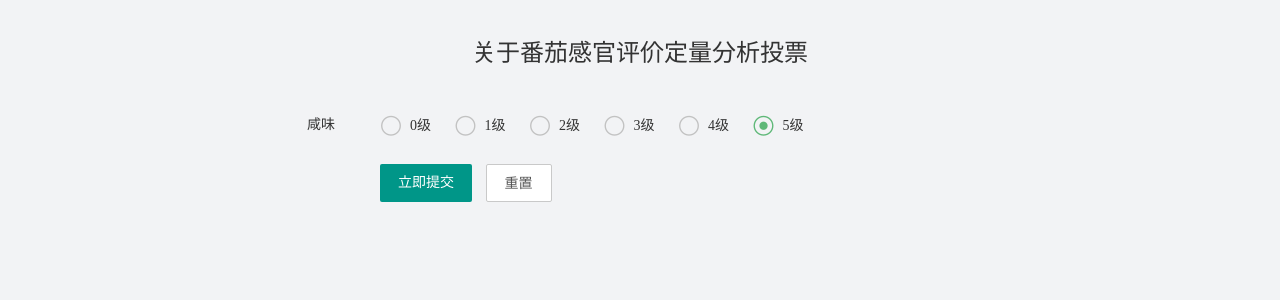
Repository: R1Deemo/vote_system
Page: web/home/toupiao.html
The author's editor kept a copy of each file at every save. The page is drawn from the files as they stood at one save, then again after the next save.
The browser window is 1280 px wide. The pictures show the whole page.

Above is the page before, as saved 2022-11-07 10:34:01.

### web/home/toupiao.html
<!DOCTYPE html>
<html>

<head>
    <meta charset="UTF-8">
    <meta name="viewport" content="width=device-width, initial-scale=1.0">
    <meta http-equiv="X-UA-Compatible" content="ie=edge">
    <title>图表统计</title>
    <link rel="stylesheet" href="/web/assets/lib/layui/css/layui.css">
    <link rel="stylesheet" href="../../web/assets/lib/bootstrap.css" />
    <link rel="stylesheet" href="../../web/assets/lib/main.css" />
    <script src="../../web/assets/lib/jquery.js"></script>
    <script type="text/javascript" src="../../web/assets/lib/echarts.min.js"></script>
    <style>
        #title {
            text-align: center;
        }

        #tou {
            padding-top: 30px;
            margin-left: 230px;
        }
    </style>
</head>
<!-- 这里使用了一张背景，注释掉了。
<body style="background-image:url(body.jpeg); background-size:100%; background-repeat: no-repeat;">
 -->

<body>
    <div id="main" style="margin:40px ;">
        <div id="title">
            <h3>关于番茄感官评价定量分析投票</h3>
        </div>
        <div id="tou">
            <form class="layui-form" action="">
                <div class="layui-form-item">
                    <label class="layui-form-label">咸味</label>
                    <div class="layui-input-block">
                        <input type="radio" name="sex" value="男" title="0级">
                        <input type="radio" name="sex" value="男" title="1级">
                        <input type="radio" name="sex" value="男" title="2级">
                        <input type="radio" name="sex" value="男" title="3级">
                        <input type="radio" name="sex" value="男" title="4级">
                        <input type="radio" name="sex" value="女" title="5级" checked>
                    </div>
                </div>
                <!-- <div class="layui-form-item">
                    <label class="layui-form-label">番茄味</label>
                    <div class="layui-input-block">
                        <input type="radio" name="sex" value="男" title="0级">
                        <input type="radio" name="sex" value="男" title="1级">
                        <input type="radio" name="sex" value="男" title="2级">
                        <input type="radio" name="sex" value="男" title="3级">
                        <input type="radio" name="sex" value="男" title="4级">
                        <input type="radio" name="sex" value="女" title="5级" checked>
                    </div>
                </div>
                <div class="layui-form-item">
                    <label class="layui-form-label">淀粉味</label>
                    <div class="layui-input-block">
                        <input type="radio" name="sex" value="男" title="0级">
                        <input type="radio" name="sex" value="男" title="1级">
                        <input type="radio" name="sex" value="男" title="2级">
                        <input type="radio" name="sex" value="男" title="3级">
                        <input type="radio" name="sex" value="男" title="4级">
                        <input type="radio" name="sex" value="女" title="5级" checked>
                    </div>
                </div>
                <div class="layui-form-item">
                    <label class="layui-form-label">脆度</label>
                    <div class="layui-input-block">
                        <input type="radio" name="sex" value="男" title="0级">
                        <input type="radio" name="sex" value="男" title="1级">
                        <input type="radio" name="sex" value="男" title="2级">
                        <input type="radio" name="sex" value="男" title="3级">
                        <input type="radio" name="sex" value="男" title="4级">
                        <input type="radio" name="sex" value="女" title="5级" checked>
                    </div>
                </div>
                <div class="layui-form-item">
                    <label class="layui-form-label">甜味</label>
                    <div class="layui-input-block">
                        <input type="radio" name="sex" value="男" title="0级">
                        <input type="radio" name="sex" value="男" title="1级">
                        <input type="radio" name="sex" value="男" title="2级">
                        <input type="radio" name="sex" value="男" title="3级">
                        <input type="radio" name="sex" value="男" title="4级">
                        <input type="radio" name="sex" value="女" title="5级" checked>
                    </div>
                </div> -->


                <div class="layui-form-item">
                    <div class="layui-input-block">
                        <button class="layui-btn" lay-submit lay-filter="formDemo">立即提交</button>
                        <button type="reset" class="layui-btn layui-btn-primary">重置</button>
                    </div>
                </div>
            </form>
        </div>

    </div>
    <!-- <div align="center"><img src="head2.jpg" /></div> -->
    <!-- <div align="center">
        <h4>关于番茄感官评价定量分析投票</h4>
        <table id="main">
            <tr>
                <td>
                    <input type="radio" name="option" checked="checked" />咸味
                </td>
            </tr>
            <tr>
                <td style="width:550px">
                    <div id=0 style="background-color:#acd6ff; width:0; height:20px; border-width:0px;">
                    </div>
                </td>
                <td>
                    <label id="label0">0</label>票
                </td>
            </tr>
            <tr>
                <td>
                    <input type="radio" name="option" />番茄味
                </td>
            </tr>
            <tr>
                <td>
                    <div id=1 style="background-color:#0066cc; height:20px; width:0; border-width:0px; border-color:blue; border-style:solid ; text-align:right;"></div>

                </td>
                <td>
                    <label id="label1">0</label>票
                </td>
            </tr>
            <tr>
                <td>
                    <input type="radio" name="option" />生淀粉味
                </td>
            </tr>
            <tr>
                <td>
                    <div id=2 style="background-color:#ff7575; height:20px;width:0;  border-width:0px; border-color:blue; border-style:solid ; text-align:right;"></div>

                </td>
                <td>
                    <label id="label2">0</label>票
                </td>
            </tr>
            <tr>
                <td>
                    <input type="radio" name="option" />脆
                </td>
            </tr>
            <tr>
                <td>
                    <div id=3 style="background-color:#5cadad;height:20px;width:0; border-width:0px; border-color:blue; border-style:solid ; text-align:right;"></div>

                </td>
                <td>
                    <label id="label3">0</label>票
                </td>
            </tr>
            <tr>
                <td>
                    <input type="radio" name="option" />甜
                </td>
            </tr>
            <tr>
                <td>
                    <div id=3 style="background-color:#5cadad;height:20px;width:0; border-width:0px; border-color:blue; border-style:solid ; text-align:right;"></div>

                </td>
                <td>
                    <label id="label3">0</label>票
                </td>
            </tr>

            <tr>
                <td>
                    <p>
                        <input type="submit" value="确认投票" οnclick="vote()" />
                </td>
            </tr>
        </table>
    </div> -->
    <script src="/web/assets/lib/layui/layui.all.js"></script>
    <script src="/web/assets/lib/jquery.js"></script>
    <script src="/web/assets/js/baseAPI.js"></script>
</body>
<!-- <script type="text/javascript">
    //在每个投票选项后面写了个div，用div的宽度来代表当前该选项的投票数。
    function vote() { //函数vote，当点击确认投票的时候，调用vote方法

        //for循环的条件是，所有投票选项的个数。
        for (var i = 0; i < document.getElementsByName("option").length; i++) {

            //查找到是哪个投票选项被选中
            if (document.getElementsByName("option")[i].checked == true) {
                var width = document.getElementById(i).style.width; //获取到当前选项的宽度。
                width = parseInt(width); //将宽度转化为int型，因为获取到的width的单位是px
                width += 3; //改变width的值，这里就是定义每次投票的进度条的增速
                document.getElementById(i).style.width = width + "px"; //修改原div的宽度

                var label = "label" + i; //lable标签里面写的是当前的投票数目。
                var num = document.getElementById(label).innerText; //获取到当前的票数
                document.getElementById(label).innerText = ++num; //票数加1，并修改原值
            }
        }

        //alert("投票成功");

    }
</script> -->

</html>

### web/assets/js/baseAPI.js
// 注意：每次调用 $.get() 或 $.post() 或 $.ajax() 的时候，
// 会先调用 ajaxPrefilter 这个函数
// 在这个函数中，可以拿到我们给Ajax提供的配置对象
$.ajaxPrefilter(function(options) {
    // 在发起真正的 Ajax 请求之前，统一拼接请求的根路径
    // options.url = 'http://www.liulongbin.top:3007' + options.url
    options.url = 'http://127.0.0.1:1234' + options.url


    // 统一为有权限的接口，设置 headers 请求头
    if (options.url.indexOf('/my/') !== -1) {
        options.headers = {
            Authorization: localStorage.getItem('token') || ''
        }
    }

    // 全局统一挂载 complete 回调函数
    options.complete = function(res) {
        // console.log('执行了 complete 回调：')
        // console.log(res)
        // 在 complete 回调函数中，可以使用 res.responseJSON 拿到服务器响应回来的数据
        if (res.responseJSON.status === 1 && res.responseJSON.message === '身份认证失败！') {
            // 1. 强制清空 token
            localStorage.removeItem('token')
                // 2. 强制跳转到登录页面
            location.href = '/login.html'
        }
    }
})

Loaded but not shown: web/assets/lib/layui/css/layui.css (library); web/assets/lib/bootstrap.css (library); web/assets/lib/main.css (library); web/assets/lib/jquery.js (library); web/assets/lib/echarts.min.js (library); web/assets/lib/layui/layui.all.js (library); web/assets/lib/layui/css/modules/laydate/default/laydate.css (library); web/assets/lib/layui/css/modules/layer/default/layer.css (library); web/assets/lib/layui/css/modules/code.css (common file)

After the next save:
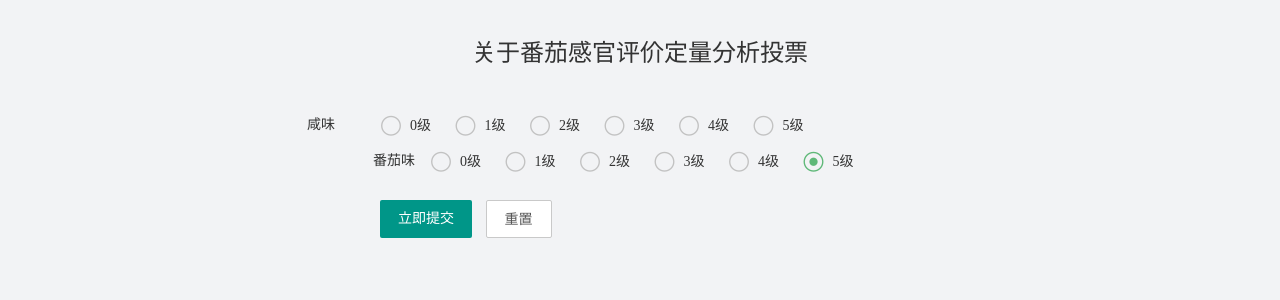
Saved 24 s later.
--- a/web/home/toupiao.html
+++ b/web/home/toupiao.html
@@ -43,6 +43,15 @@
                         <input type="radio" name="sex" value="男" title="4级">
                         <input type="radio" name="sex" value="女" title="5级" checked>
                     </div>
+                    <label class="layui-form-label">番茄味</label>
+                    <div class="layui-input-block">
+                        <input type="radio" name="sex" value="男" title="0级">
+                        <input type="radio" name="sex" value="男" title="1级">
+                        <input type="radio" name="sex" value="男" title="2级">
+                        <input type="radio" name="sex" value="男" title="3级">
+                        <input type="radio" name="sex" value="男" title="4级">
+                        <input type="radio" name="sex" value="女" title="5级" checked>
+                    </div>
                 </div>
                 <!-- <div class="layui-form-item">
                     <label class="layui-form-label">番茄味</label>
